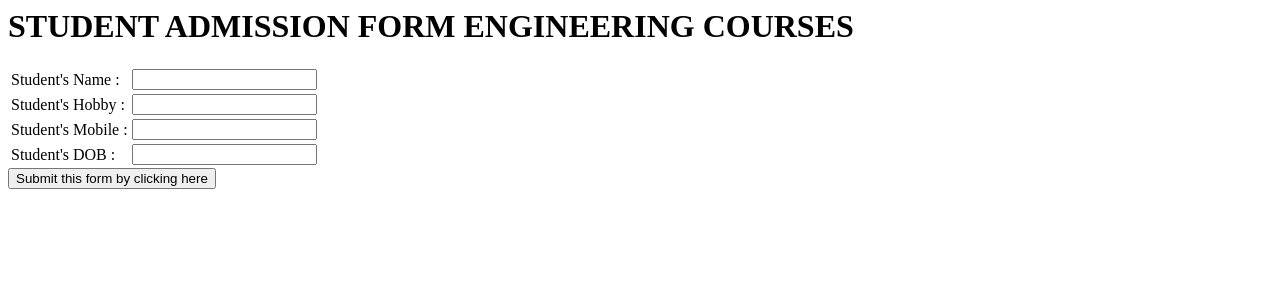
Repository: ahmedLajmi/TestApp
Page: http://localhost/FirstApp/admissionForm
An editor plug-in stored every save of this project. The page is shown before and after the next save, followed by the edit.
The browser window is 1280 px wide. The pictures show the whole page.
The page is served by Tomcat 9.

Above is the page before, as saved 2019-02-06 15:28:55.

### FirstApp/WebContent/WEB-INF/spring-dispatcher-servlet.xml
<beans xmlns="http://www.springframework.org/schema/beans"
	xmlns:context="http://www.springframework.org/schema/context"
    xmlns:xsi="http://www.w3.org/2001/XMLSchema-instance"
    xsi:schemaLocation="
    http://www.springframework.org/schema/beans
    http://www.springframework.org/schema/beans/spring-beans.xsd
    http://www.springframework.org/schema/context
    http://www.springframework.org/schema/context/spring-context.xsd">


<context:component-scan base-package="home" />


 <bean id="viewResolver"
    	class="org.springframework.web.servlet.view.InternalResourceViewResolver" >
        <property name="prefix">
            <value>/WEB-INF/</value>
        </property>
        <property name="suffix">
            <value>.jsp</value>
        </property>
 </bean>


</beans>

### FirstApp/WebContent/WEB-INF/AdmissionForm.jsp

<html>
	<body>
		<h1> STUDENT ADMISSION FORM ENGINEERING COURSES</h1>
		<form action="/FirstApp/SubmitAdmissionForm" method="post">
			<table>
				<tr>
					<td>Student's Name :</td>
					<td><input type="text" name="studentName" ></td>
				</tr>
				<tr>
					<td>Student's Hobby :</td>
					<td><input type="text" name="studentHobby" ></td>
				</tr>
				<tr>
					<td>Student's Mobile :</td>
					<td><input type="text" name="studentMobile" ></td>
				</tr>
				<tr>
					<td>Student's DOB :</td>
					<td><input type="text" name="studentDOB" ></td>
				</tr>

			</table>
			<input type="submit" value="Submit this form by clicking here"  />

		</form>
	</body>
</html>

### FirstApp/src/home/HomeController.java
package home;


import javax.servlet.http.HttpServletRequest;
import javax.servlet.http.HttpServletResponse;

import org.springframework.stereotype.Controller;
import org.springframework.web.bind.annotation.PathVariable;
import org.springframework.web.bind.annotation.RequestMapping;
import org.springframework.web.servlet.ModelAndView;
import org.springframework.web.servlet.mvc.AbstractController;


@Controller
public class HomeController{


	@RequestMapping("/welcome/{name}")
	public ModelAndView handleRequestInternal ( @PathVariable("name") String name ) throws Exception {

		ModelAndView modelandview = new ModelAndView("home");
		modelandview.addObject("welcomeMessage", "Hello "+name);
		return modelandview;

	}
}

### FirstApp/src/home/StudentAdmissionController.java
package home;

import org.springframework.stereotype.Controller;
import org.springframework.web.bind.annotation.ModelAttribute;
import org.springframework.web.bind.annotation.RequestMapping;
import org.springframework.web.bind.annotation.RequestMethod;
import org.springframework.web.bind.annotation.RequestParam;
import org.springframework.web.servlet.ModelAndView;

@Controller
public class StudentAdmissionController {

	@RequestMapping(value= "/admissionForm", method= RequestMethod.GET)
	public ModelAndView getAdmissionForm() {

		ModelAndView model= new ModelAndView("AdmissionForm");
		return model;
	}

	@RequestMapping(value= "/SubmitAdmissionForm", method= RequestMethod.POST)
	public ModelAndView SubmitAdmissionForm(@ModelAttribute("student") Student student) {

		ModelAndView model= new ModelAndView("AdmissionSuccess");
		return model;
	}


}

### FirstApp/src/home/Student.java
package home;

import java.util.ArrayList;
import java.util.Date;

public class Student {

	private String studentName;
	private String studentHobby;
	private Long studentMobile;
	private Date studentDOB;
	private ArrayList<String> studentSkills;

	public Long getStudentMobile() {
		return studentMobile;
	}
	public void setStudentMobile(Long studentMobile) {
		this.studentMobile = studentMobile;
	}
	public Date getStudentDOB() {
		return studentDOB;
	}
	public void setStudentDOB(Date studentDOB) {
		this.studentDOB = studentDOB;
	}
	public ArrayList<String> getStudentSkills() {
		return studentSkills;
	}
	public void setStudentSkills(ArrayList<String> studentSkills) {
		this.studentSkills = studentSkills;
	}



	public String getStudentName() {
		return studentName;
	}
	public void setStudentName(String studentName) {
		this.studentName = studentName;
	}
	public String getStudentHobby() {
		return studentHobby;
	}
	public void setStudentHobby(String studentHobby) {
		this.studentHobby = studentHobby;
	}

}

After the next save:
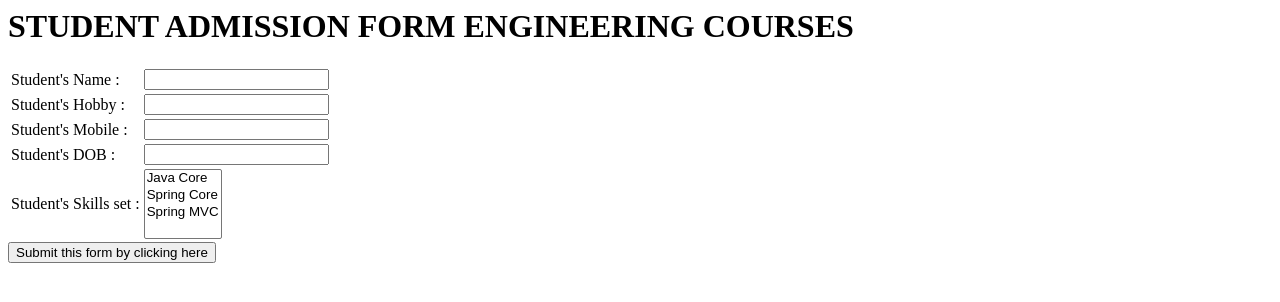
Saved 57 s later.
--- a/FirstApp/WebContent/WEB-INF/AdmissionForm.jsp
+++ b/FirstApp/WebContent/WEB-INF/AdmissionForm.jsp
@@ -20,7 +20,16 @@
 					<td>Student's DOB :</td>
 					<td><input type="text" name="studentDOB" ></td>
 				</tr>
-
+				<tr>
+					<td>Student's Skills set :</td>
+					<td>
+						<select name="studentSkills" multiple>
+							<option value="Java Core">Java Core</option>
+							<option value="Spring Core">Spring Core</option>
+							<option value="Spring MVC">Spring MVC</option>
+						</select>
+					</td>
+				</tr>
 			</table>
 			<input type="submit" value="Submit this form by clicking here"  />
 
